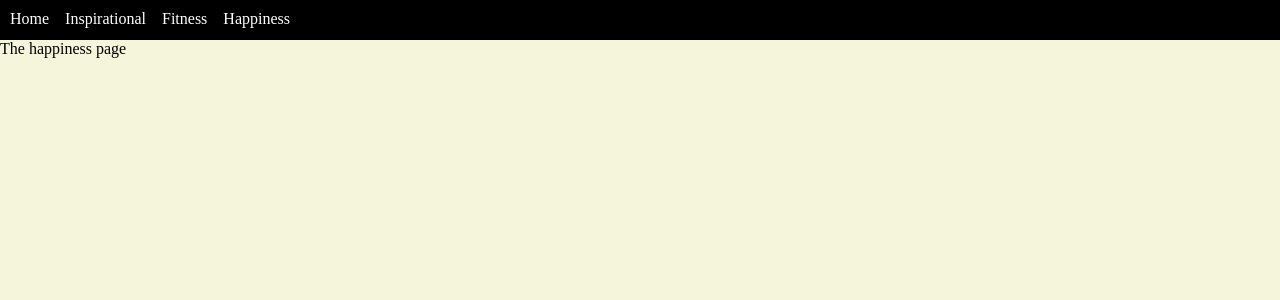
Repository: suraj-yadav7/quotes
Page: /happiness
The author's editor kept a copy of each file at every save. The page is drawn from the files as they stood at one save, then again after the next save.
The browser window is 1280 px wide. The pictures show the whole page.
The project was rebuilt for these pictures with package versions that can differ from the ones it lists, and the page was loaded fresh each time. Also part of the build but not shown: vite.config.js, src/components/Home.jsx, src/components/Fitness.jsx, src/components/Inspirational.jsx.

Above is the page before, as saved 2023-05-28 13:11:51.

### src/main.jsx
import React from 'react'
import ReactDOM from 'react-dom/client'
import App from './App.jsx'
import './index.css'
import { Provider } from 'react-redux'
import store from './store/store.jsx'

ReactDOM.createRoot(document.getElementById('root')).render(
  <Provider store={store}>
    <App />
  </Provider>,
)

### src/App.jsx
import React from 'react'
import './App.css'
import Home from './components/Home'
import Fitness from './components/Fitness'
import Inspirational from './components/Inspirational'
import Happiness from './components/Happiness'
import { BrowserRouter as Router, Routes, Route, Link } from 'react-router-dom'
import Navbar from './components/Navbar'

function App() {

  return (
    <>
    <Router>
      <Navbar />
    <Routes>
      <Route exact path="/" element={<Home />} />
      <Route exact path="/fitness" element={<Fitness />} />
      <Route exact path="inspiratinal"  element={<Inspirational />} />
      <Route exact path="happiness"  element={ <Happiness />} />


    </Routes>
    </Router>
    </>
  )
}

export default App

### src/store/store.jsx
import { configureStore } from "@reduxjs/toolkit";
import quoteSlice from "./slice/quoteSlice"

const store = configureStore({
    reducer:{
        quotes:quoteSlice
    }
})

export default store

### src/App.css
.navbar{
    background-color: black;
    height: 2.5rem;
    width: 100%;
    >nav>ul{
        display: flex;
        flex-direction: row;
        gap: 1rem;
        padding: 10px;
        >li{
            list-style: none;
            color:white
        }
    }
}

### src/components/Happiness.jsx
import React from "react"

const Happiness = ()=>{
    return(
        <>
        <div className="happiness">
            <p>The happiness page</p>
        </div>

        </>


    )
}

export default Happiness;

### src/components/Navbar.jsx
import React from 'react'

const Navbar = () => {
  return (
    <>
    <div className='navbar'>
        <nav>
            <ul>
                <li>Home</li>
                <li>Inspirational</li>
                <li>Fitness</li>
                <li>Happiness</li>
            </ul>
        </nav>
    </div>
    </>
  )
}

export default Navbar

### src/store/slice/quoteSlice.jsx
import { createSlice, createAsyncThunk } from "@reduxjs/toolkit";

export const fetchQuotes = createAsyncThunk("fetchQuotes",async(arg,{rejectWithValue})=>{
    let response = await fetch("https://api.api-ninjas.com/v1/quotes?category=fitness",{
        method:"GET",
        headers:{
            "X-Api-Key":"MKsow2F2MHISb5jV14oA+Q==nvH7KU0O50jgm60V",
            "content-type":"application/json"
        },
    })

    try{
        let apiData = await response.json()
        console.log("the apiData", apiData[0])
        return apiData[0]

    }
    catch(error){
        rejectWithValue(error)
    }
})


const quoteSlice = createSlice({
    name:"quoteSlice",
    initialState:{
        quoteData:[],
        loading:false,
        error:null

    },

    reducers:{

    },
    extraReducers:{
        [fetchQuotes.pending]:(state)=>{
            state.loading=true
        },
        [fetchQuotes.fulfilled]:(state,action)=>{
            state.quoteData=(action.payload)

        },
        [fetchQuotes.rejected]:(state,action)=>{
            state.error=action.payload
        },

    }
})

export default quoteSlice.reducer
export const {}=quoteSlice.actions

### src/styles/home.scss
body{
    color: black;
    background-color: beige;
}

Loaded but not shown: index.html (common file); src/index.css (common file)

After the next save:
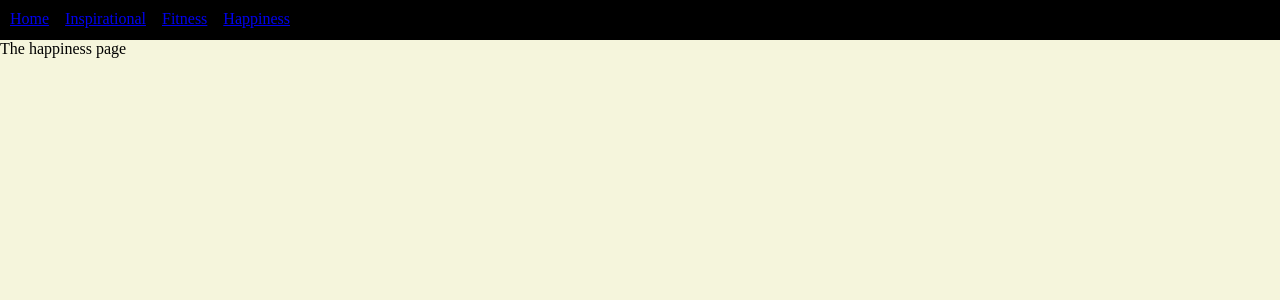
Saved 2 min 52 s later.
--- a/src/components/Navbar.jsx
+++ b/src/components/Navbar.jsx
@@ -1,4 +1,5 @@
 import React from 'react'
+import { Link } from 'react-router-dom'
 
 const Navbar = () => {
   return (
@@ -6,10 +7,10 @@
     <div className='navbar'>
         <nav>
             <ul>
-                <li>Home</li>
-                <li>Inspirational</li>
-                <li>Fitness</li>
-                <li>Happiness</li>
+                <Link to="/">Home</Link>
+                <Link to="inspiratinal">Inspirational</Link>
+                <Link to="/fitness">Fitness</Link>
+                <Link to="/happiness">Happiness</Link>
             </ul>
         </nav>
     </div>

After the 5 saves that followed:
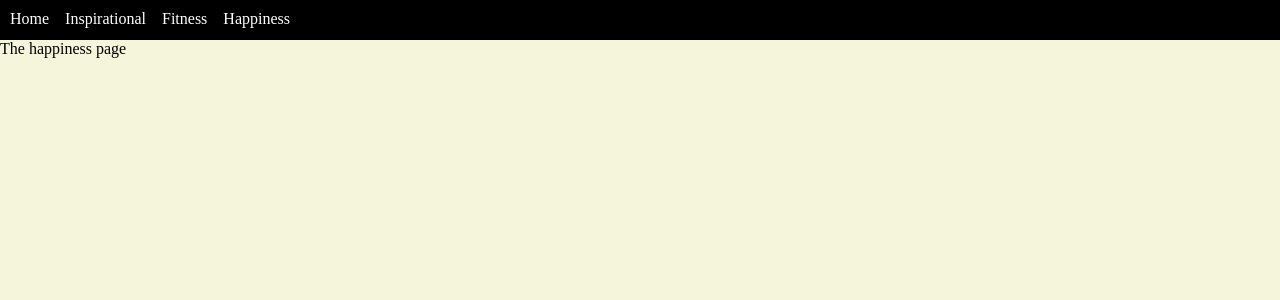
The 5 saves are shown as one change because 4 left the picture as it was.
The last was saved 2 min 26 s later.
--- a/src/App.jsx
+++ b/src/App.jsx
@@ -16,8 +16,8 @@ function App() {
     <Routes>
       <Route exact path="/" element={<Home />} />
       <Route exact path="/fitness" element={<Fitness />} />
-      <Route exact path="inspiratinal"  element={<Inspirational />} />
-      <Route exact path="happiness"  element={ <Happiness />} />
+      <Route exact path="/inspiratinal"  element={<Inspirational />} />
+      <Route exact path="/happiness"  element={ <Happiness />} />
 
 
     </Routes>
--- a/src/App.css
+++ b/src/App.css
@@ -7,9 +7,10 @@
         flex-direction: row;
         gap: 1rem;
         padding: 10px;
-        >li{
+        >.link{
             list-style: none;
-            color:white
+            color:white;
+            text-decoration:none;
         }
     }
 }
--- a/src/components/Navbar.jsx
+++ b/src/components/Navbar.jsx
@@ -7,10 +7,10 @@
     <div className='navbar'>
         <nav>
             <ul>
-                <Link to="/">Home</Link>
-                <Link to="inspiratinal">Inspirational</Link>
-                <Link to="/fitness">Fitness</Link>
-                <Link to="/happiness">Happiness</Link>
+                <Link to="/" className="link">Home</Link>
+                <Link to="inspiratinal" className="link">Inspirational</Link>
+                <Link to="/fitness" className="link">Fitness</Link>
+                <Link to="/happiness" className="link">Happiness</Link>
             </ul>
         </nav>
     </div>
